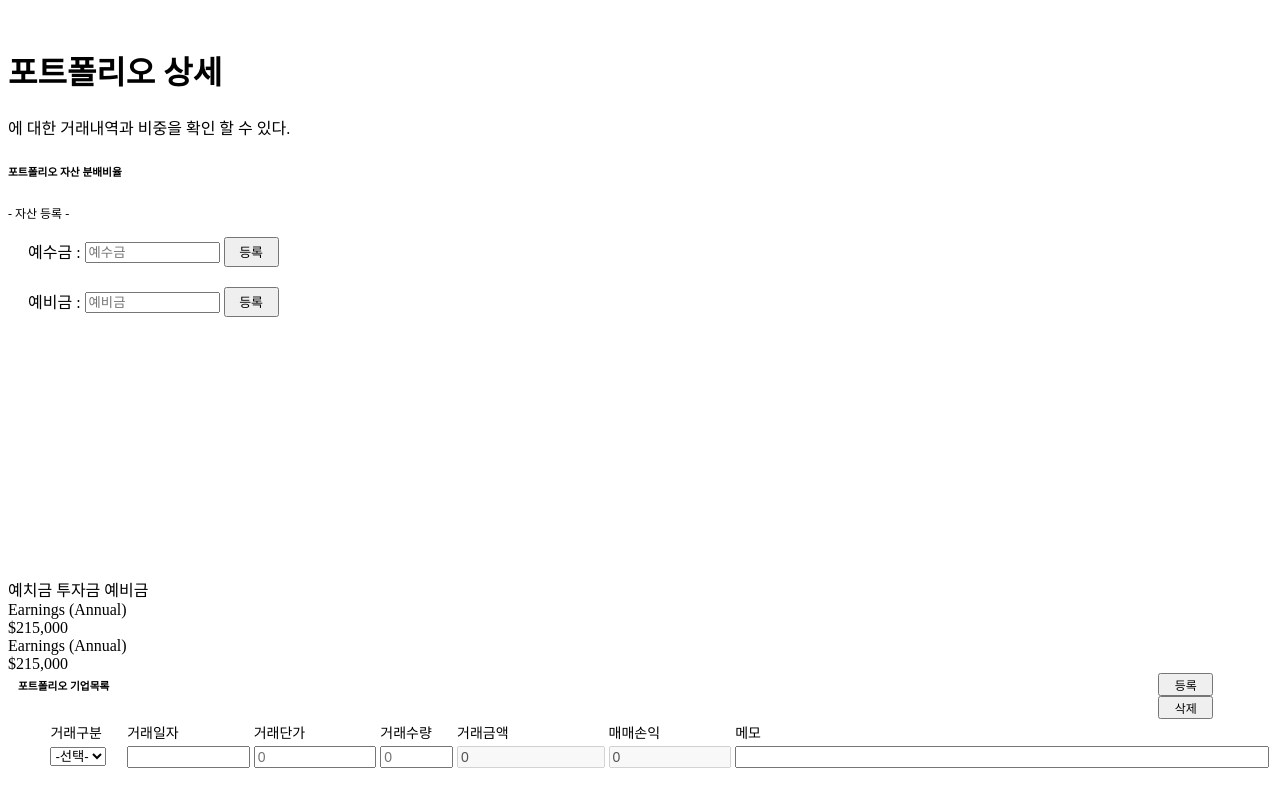
Repository: bangProgram/PJT_Finance
Page: http://localhost/Finance/WEB-INF/views/portfolio/portfolioDetail.jsp
These files come from the project's save history. The page is drawn as it stood at one moment and after the next save; the edit follows.
The browser window is 1280 px wide. The pictures show the whole page.
The page is served by Tomcat 9. Nobody is signed in. The template is opened directly, without the code that normally fills it, so the values that code supplies are empty.

Above is the page before, as saved 2022-11-16 08:19:54.

After the next save:
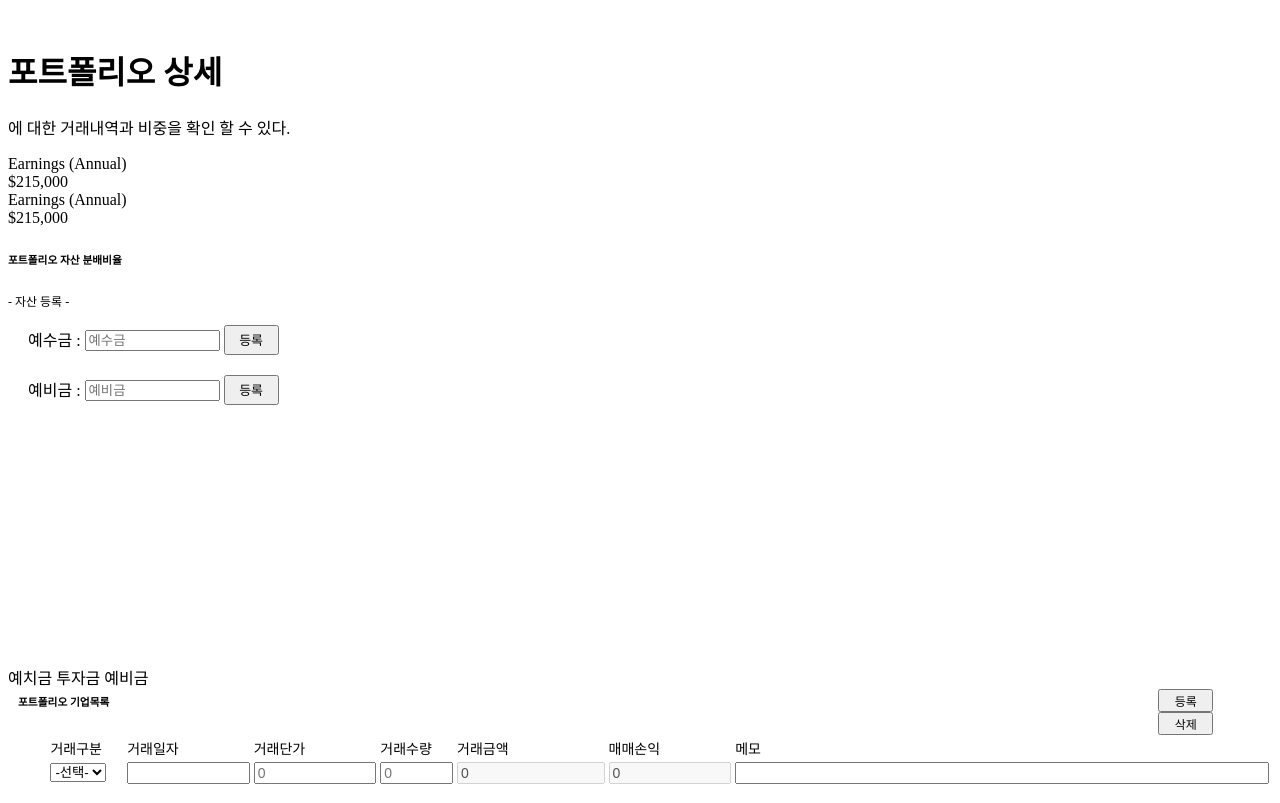
Saved 84 s later.
--- a/Finance/src/main/webapp/WEB-INF/views/portfolio/portfolioDetail.jsp
+++ b/Finance/src/main/webapp/WEB-INF/views/portfolio/portfolioDetail.jsp
@@ -131,7 +131,41 @@
 	<p class="mb-4"><c:out value="${resultData.CORP_NAME }"/> 에 대한 거래내역과 비중을 확인 할 수 있다.
 		<span id=""></span>
 	</p>
-
+	<div class="col-xl-8 col-lg-7">
+                            <div class="col-xl-3 col-md-6 mb-4">
+                            <div class="card border-left-success shadow h-100 py-2">
+                                <div class="card-body">
+                                    <div class="row no-gutters align-items-center">
+                                        <div class="col mr-2">
+                                            <div class="text-xs font-weight-bold text-success text-uppercase mb-1">
+                                                Earnings (Annual)</div>
+                                            <div class="h5 mb-0 font-weight-bold text-gray-800">$215,000</div>
+                                        </div>
+                                        <div class="col-auto">
+                                            <i class="fas fa-dollar-sign fa-2x text-gray-300"></i>
+                                        </div>
+                                    </div>
+                                </div>
+                            </div>
+                        </div>
+
+                        <div class="col-xl-3 col-md-6 mb-4">
+                            <div class="card border-left-success shadow h-100 py-2">
+                                <div class="card-body">
+                                    <div class="row no-gutters align-items-center">
+                                        <div class="col mr-2">
+                                            <div class="text-xs font-weight-bold text-success text-uppercase mb-1">
+                                                Earnings (Annual)</div>
+                                            <div class="h5 mb-0 font-weight-bold text-gray-800">$215,000</div>
+                                        </div>
+                                        <div class="col-auto">
+                                            <i class="fas fa-dollar-sign fa-2x text-gray-300"></i>
+                                        </div>
+                                    </div>
+                                </div>
+                            </div>
+                        </div>
+    </div>
 	<div class="col-xl-4 col-lg-5">
 	    <div class="card shadow mb-4" id="cardDiv">
 	        <!-- Card Header - Dropdown -->
@@ -183,39 +217,6 @@
 	        </div>
 	    </div>
 
-	    <div class="col-xl-3 col-md-6 mb-4">
-                            <div class="card border-left-success shadow h-100 py-2">
-                                <div class="card-body">
-                                    <div class="row no-gutters align-items-center">
-                                        <div class="col mr-2">
-                                            <div class="text-xs font-weight-bold text-success text-uppercase mb-1">
-                                                Earnings (Annual)</div>
-                                            <div class="h5 mb-0 font-weight-bold text-gray-800">$215,000</div>
-                                        </div>
-                                        <div class="col-auto">
-                                            <i class="fas fa-dollar-sign fa-2x text-gray-300"></i>
-                                        </div>
-                                    </div>
-                                </div>
-                            </div>
-                        </div>
-
-                        <div class="col-xl-3 col-md-6 mb-4">
-                            <div class="card border-left-success shadow h-100 py-2">
-                                <div class="card-body">
-                                    <div class="row no-gutters align-items-center">
-                                        <div class="col mr-2">
-                                            <div class="text-xs font-weight-bold text-success text-uppercase mb-1">
-                                                Earnings (Annual)</div>
-                                            <div class="h5 mb-0 font-weight-bold text-gray-800">$215,000</div>
-                                        </div>
-                                        <div class="col-auto">
-                                            <i class="fas fa-dollar-sign fa-2x text-gray-300"></i>
-                                        </div>
-                                    </div>
-                                </div>
-                            </div>
-                        </div>
 	</div>
 
 	<!-- DataTales Example -->
